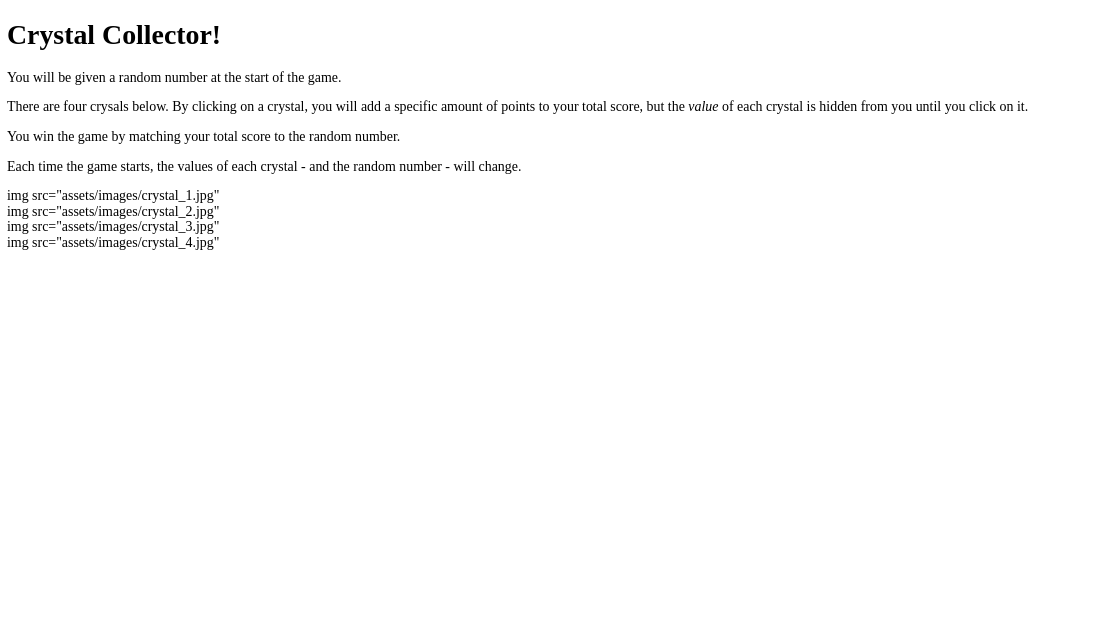
Repository: dsaftler/unit-4-game
Page: index.html
An editor plug-in stored every save of this project. The page is shown before and after the next save, followed by the edit.
The browser window is 1280 px wide. The pictures show the whole page, at 87% of full size.

Above is the page before, as saved 2019-04-01 17:57:26.

### index.html
<!DOCTYPE html>
<html lang="en">
<head>
  <meta charset="UTF-8">
  <meta name="viewport" content="width=device-width, initial-scale=1.0">
  <meta http-equiv="X-UA-Compatible" content="ie=edge">
  <script src="https://ajax.googleapis.com/ajax/libs/jquery/3.3.1/jquery.min.js"></script>

  <title>Puzzle Crystal Collector</title>
</head>
<body>
<h1>Crystal Collector!</h1>
<p>You will be given a random number at the start of the game.</p>
<p>There are four crysals below.  By clicking on a crystal, you will add a specific amount of points to your total score, but the <em>value</em> of each crystal is hidden from you until you click on it.</p>
<p>You win the game by matching your total score to the random number.</p>
<p>Each time the game starts, the values of each crystal - and the random number - will change.</p>

<div class="crystal-set">
  <div class="crystal" id="crystal_1">img src="assets/images/crystal_1.jpg"</div>
  <div class="crystal" id="crystal_2">img src="assets/images/crystal_2.jpg"</div>
  <div class="crystal" id="crystal_3">img src="assets/images/crystal_3.jpg"</div>
  <div class="crystal" id="crystal_4">img src="assets/images/crystal_4.jpg"</div>
</div>


</body>
</html>

### assets/css/style.css
* {
  box-sizing: border-box;
}
.body {
background-image: url("assets\images\congruent_pentagon.png")
}
.container{
  background-color: "green"

}
.crystal-set{
  background-color: #ffffff;
  float: left;
  height: 300px;
  border:teal, 5px, solid;

}
.crystal{
  height: 255px;
  width: 225px;
  border: teal, 5px, solid;

}

After the next save:
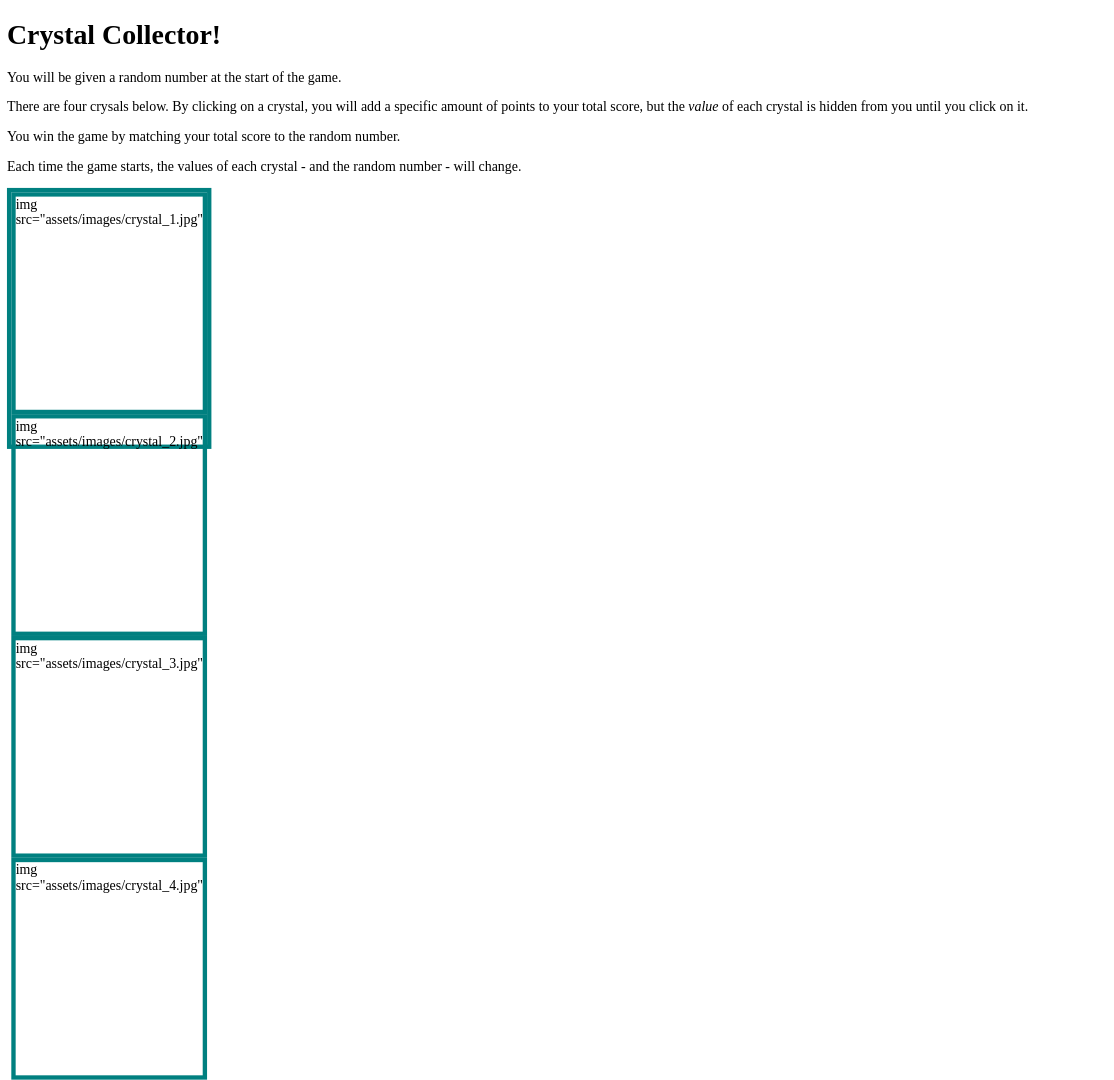
Saved 4 min 40 s later.
--- a/index.html
+++ b/index.html
@@ -4,7 +4,9 @@
   <meta charset="UTF-8">
   <meta name="viewport" content="width=device-width, initial-scale=1.0">
   <meta http-equiv="X-UA-Compatible" content="ie=edge">
+  <link rel="stylesheet" href="assets/css/style.css">
   <script src="https://ajax.googleapis.com/ajax/libs/jquery/3.3.1/jquery.min.js"></script>
+
 
   <title>Puzzle Crystal Collector</title>
 </head>
